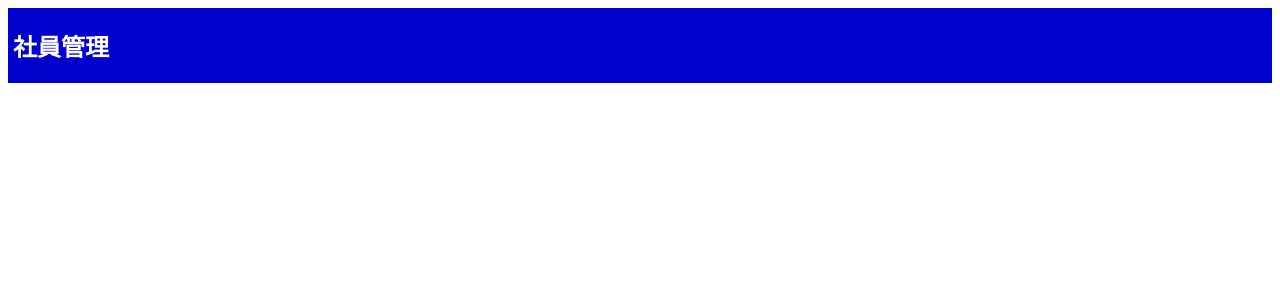
Repository: eb-communicationservice/php_study
Page: http://localhost/views/scripts/members/index.php
An editor plug-in stored every save of this project. The page is shown before and after the next save, followed by the edit.
The browser window is 1280 px wide. The pictures show the whole page.
The page is run by PHP 8.4 with error messages shown; the project is at /var/www/html/.

Above is the page before, as saved 2015-12-06 07:38:37.

After the next save:
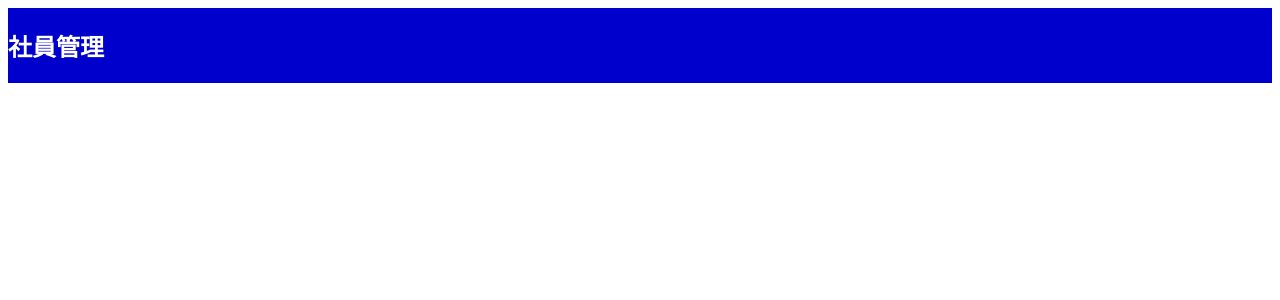
Saved 18 s later.
--- a/kadai01/css/common.css
+++ b/kadai01/css/common.css
@@ -2,5 +2,5 @@
 div#viewName{
 	background-color: #0000cd;
 	color: #ffffff;
-	padding: 0.1px 5px;
+	padding: 0.1px 0.1px;
 }
